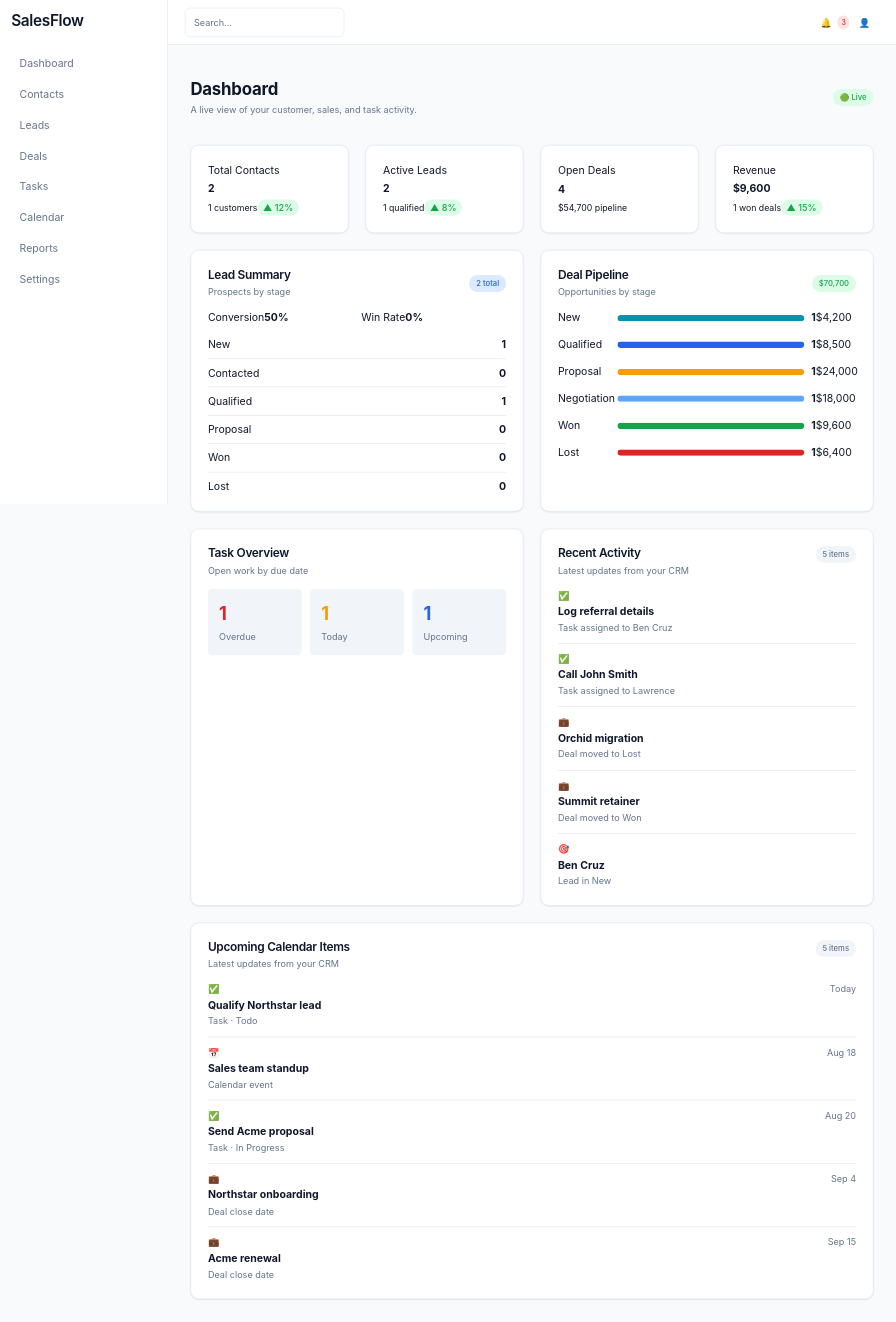
Repository: lawrencegonzaga-dev/salesflow-crm
Page: /
An editor plug-in stored every save of this project. The page is shown before and after the next save, followed by the edit.
The browser window is 1280 px wide. The pictures show the whole page, at 70% of full size.
The project was rebuilt for these pictures with package versions that can differ from the ones it lists, and the page was loaded fresh each time. Also part of the build but not shown: vite.config.js, src/components/ContactForm.jsx, src/components/ContactRow.jsx, src/components/ContactTable.jsx, src/pages/Contacts.jsx, src/components/LeadForm.jsx, src/components/LeadRow.jsx, src/components/LeadTable.jsx and 20 more.

Above is the page before, as saved 2026-08-18 00:35:09.

After the next save:
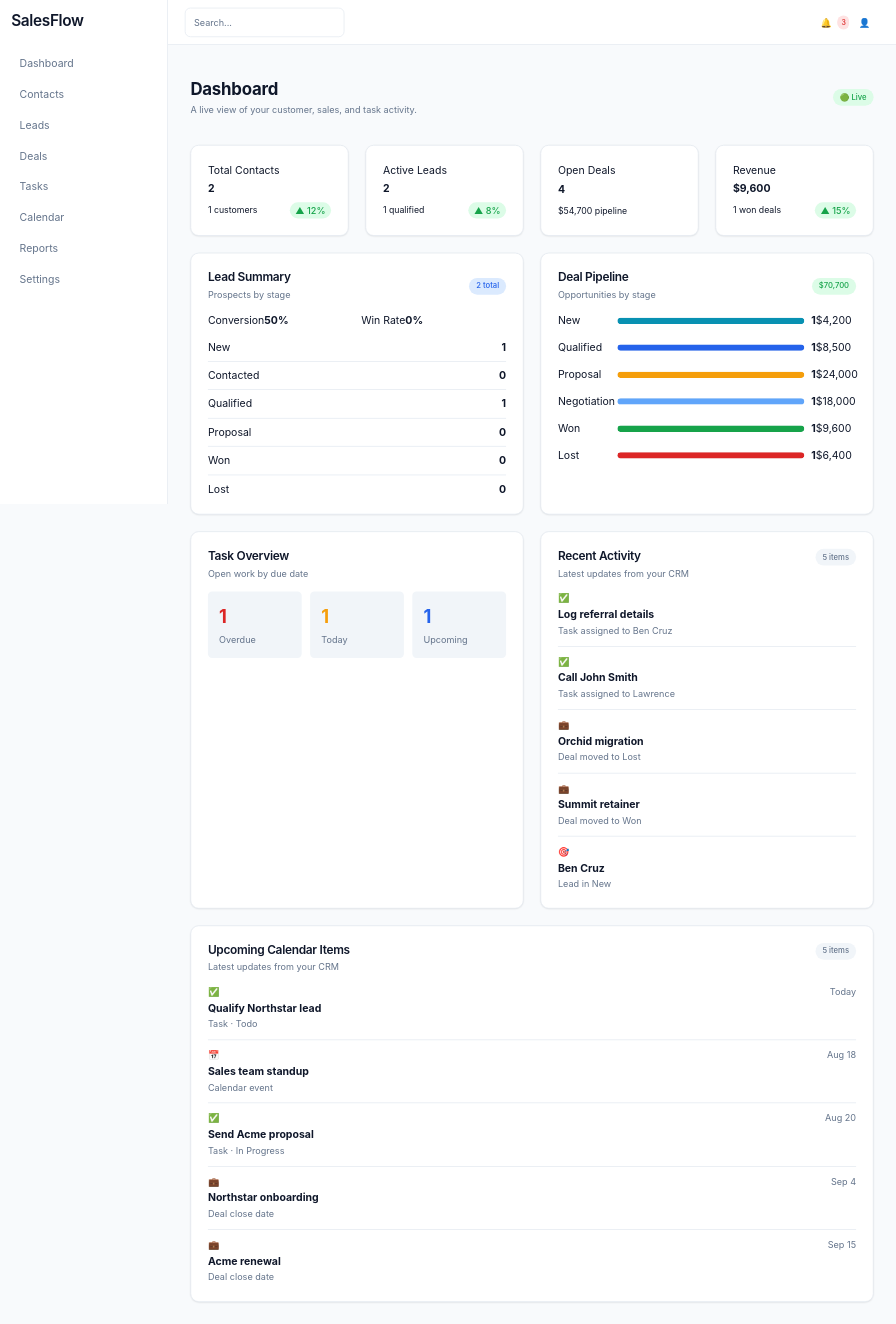
Saved 65 s later.
--- a/src/styles/components/card.css
+++ b/src/styles/components/card.css
@@ -84,6 +84,13 @@
   gap: var(--space-1);
   padding: var(--card-padding);
 }
+.stat-card__footer {
+  display: flex;
+  align-items: center;
+  justify-content: space-between;
+  gap: var(--space-2);
+  margin-top: var(--space-1);
+}
 
 .stat-card:hover {
   box-shadow: var(--shadow-md);
